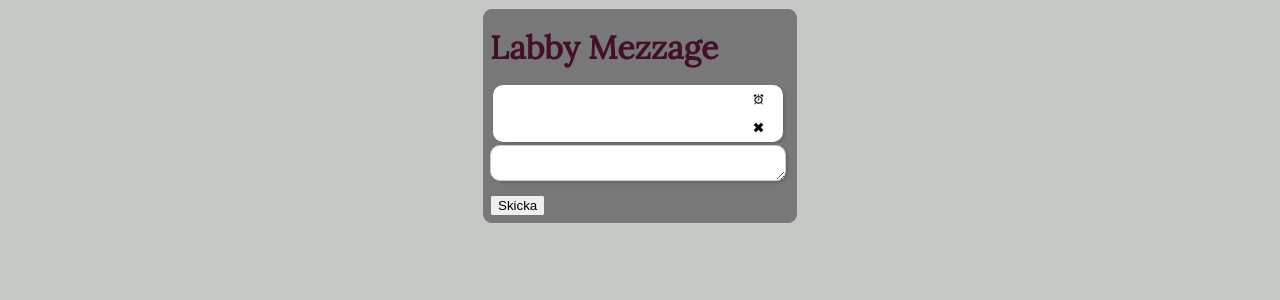
Repository: Angamanga/1dv403-laborationer
Page: 2-labbymezzage/index.html
The author's editor kept a record of every edit. The page is drawn from the files as they stood at one moment, then again after the next edit.
The browser window is 1280 px wide. The pictures show the whole page.

Above is the page before.

### 2-labbymezzage/index.html
<!doctype html>
<html lang="sv">

<head>
    <meta charset="utf-8" />
    <title>Anna I:s sajt</title>
    <link href='//fonts.googleapis.com/css?family=Lora|Open+Sans+Condensed:300|Amatic+SC' rel='stylesheet' type='text/css'>
    <link rel="stylesheet" media="screen and (min-width:501px)" href="css/style.css">
    <link rel="stylesheet" media="screen and (max-width:500px)" href="css/mobile.css">
    <meta name="viewport" content="width=device-width, minimum-scale=1">

   <script src="js/message.js"></script>
    <script src="js/script.js"></script>
    <title>Webbteknik 1, Laboration 2</title>
</head>

<body>



        <main>


            <div class="container">
                <header>
            <h1>Labby Mezzage</h1>
        </header>
             <div class ="messages">
                <img src="pics/14.png" alt="tid" class="showDate"></img>
                <img src="pics/12.png" alt="radera meddelande" class="delete"></img>
             </div>
             <div><p class="counter"> </p></div>
           <textarea class="messageInput"></textarea>
           <input type ="submit" class="submitMessage" value="Skicka"/>
            </div>

        </main>

        <footer>
        </footer>
    </div>
</body>

</html>

### 2-labbymezzage/css/style.css
/*@media screen and (min-width: 501px)*/
header,
main
 {
    display: block;
}

body {
    background: #C6C8C5;
    color: #430F29;
    font-family: Lora, 'Palatino Linotype', Palatino, serif;
}

.container {
    Width: 300px;
    margin: 0 auto;
    text-align: justify;
    line-height: 1.8em;
    margin: 0 auto;
    background: #787878;
    border: 1px solid #ccc;
    -moz-border-radius: 10px;
    -webkit-border-radius: 10px;
    border-radius: 10px;
    padding: 4px 7px;
    outline: 0;
    -webkit-appearance: none;
}
.messageInput {
    width:290px;
    border: 1px solid #ccc;
    -moz-border-radius: 10px;
    -webkit-border-radius: 10px;
    border-radius: 10px;
    -moz-box-shadow: 2px 2px 3px #666;
    -webkit-box-shadow: 2px 2px 3px #666;
    box-shadow: 2px 2px 3px #666;


    outline: 0;
    -webkit-appearance: none;
}
.messageInput:focus {
    border-color: #339933;
}
.messages{
    width:290px;
     border: 1px #C6C8C5;
     background:white;
    -moz-border-radius: 10px;
    -webkit-border-radius: 10px;
    border-radius: 10px;
    -moz-box-shadow: 2px 2px 3px #666;
    -webkit-box-shadow: 2px 2px 3px #666;
     margin:3px;
    outline: 0;
    -webkit-appearance: none;
       }
 div.messages img{
   margin-left:260px;
}


.counter{
    font-size:0.7em;
    padding:0;
    margin:0 0 0 185px;

}

### 2-labbymezzage/js/message.js
"use strict";

function Message(message, date){

	this.getText = function(){
		return message;
	}
	this.setText = function(_text){
		message = _text;
	}

	this.getDate = function(){
		return date;
	}
	this.setDate = function(_date){
		date = _date
	}
}

Message.prototype.toString = function() {
	return this.getText() + " (" + this.getDate() + " )";
};

Message.prototype.getHTMLtext = function(first_argument) {
			//  Las pa!!
	// return  						<div class ="messages">
	// getText();
	//               <img src="pics/14.png" alt="tid" class="showDate"></img>
 //               <img src="pics/12.png" alt="radera meddelande" class="delete"></img>
 //       		  </div>
};

### 2-labbymezzage/js/script.js
"use strict";

window.onload = function() {
  var MessageBoard = {
        messages: [],
        init: function() {
            var message = new Message();
            },
        removeMessage: function(i){
                    MessageBoard.messages.splice(i,1)
            },
        alertDate: function(i){
            var p =
            alert(p);
        },
        renderMessage: function(messageID){
            var container = document.querySelector(".container");
            var messContainer = document.createElement("div");
            messContainer.className = "messages";
            container.insertBefore(messContainer);
            var textP = document.createElement("p");
            textP.setAttribute("class","text");
            var timeP = document.createElement("p");
            timeP.setAttribute("class","time");
            var text = document.createTextNode(MessageBoard.messages[messageID].getText());
            var time = document.createTextNode(MessageBoard.messages[messageID].getDate().getHours() +":"+ MessageBoard.messages[messageID].getDate().getMinutes() + ":"+MessageBoard.messages[messageID].getDate().getSeconds());
            var linkDelete=document.createElement("a");
            linkDelete.setAttribute("src", "#");
            var img2 = document.createElement("img");
            img2.setAttribute("class","submitDelete");
            img2.setAttribute("src","pics/12.png");
            img2.setAttribute("alt","radera meddelande");
            linkDelete.appendChild(img2);
             messContainer.appendChild(linkDelete);
            img2.onclick = function(messageID){
                console.log(MessageBoard.messages.length);
                MessageBoard.removeMessage(messageID);
                MessageBoard.renderMessages();
                console.log(MessageBoard.messages.length);
                p.innerHTML = "Antal meddelanden: " + MessageBoard.messages.length;
            }
            messContainer.appendChild(img2);
            messContainer.appendChild(textP);
            textP.appendChild(text);
            messContainer.appendChild(timeP);
            timeP.appendChild(time);

             var img1 = document.createElement("img");
            img1.setAttribute("class","showDate");
            img1.setAttribute("src","pics/14.png");
            img1.setAttribute("alt","visa tid");
            messContainer.appendChild(img1);
            var alertbox=MessageBoard.messages[messageID].getDate();
            img1.onclick = function(messageID){
            alert("Inlagget skapades den: " + alertbox);
        }}
            ,
            renderMessages: function(){
            document.querySelector(".container").innerHTML="";
            for(var i=0;i<MessageBoard.messages.length;++i){
                MessageBoard.renderMessage(i);
            }
  }};

  MessageBoard.init();


var messageInput = document.querySelector(".messageInput");
var submitMessage = document.querySelector(".submitMessage");
var messages = document.querySelector(".messages");
var p = document.querySelector(".counter");

function submit(){
        var txt = messageInput.value;
        var dte = new Date();
        var msg = new Message(txt, dte);
        MessageBoard.messages.push(msg);
        p.innerHTML = "Antal meddelanden: " + MessageBoard.messages.length;
        MessageBoard.renderMessages();
        console.log(MessageBoard.messages);}

 submitMessage.addEventListener("click", function(e) {
       submit();
});

 messageInput.onkeypress = function(e){

       if(e.keyCode === 13){
           submit();

       }
       else if(e.keyCode==13&&e.shiftKey){
           console.log("japp");
       }
}
};

### 2-labbymezzage/css/mobile.css
/*@media screen and (max-width: 500px)*/

header,
main
 {
    display: block;
}

body {
    background: #C6C8C5;
    color: #430F29;
    font-family: Lora, 'Palatino Linotype', Palatino, serif;
}

.container {
    Width: 300px;
    margin: 0 auto;
    text-align: justify;
    line-height: 1.8em;
    margin: 0 auto;
    background: #787878;
    border: 1px solid #ccc;
    -moz-border-radius: 10px;
    -webkit-border-radius: 10px;
    border-radius: 10px;
    padding: 4px 7px;
    outline: 0;
    -webkit-appearance: none;
}
.messageInput {
    width:290px;
    border: 1px solid #ccc;
    -moz-border-radius: 10px;
    -webkit-border-radius: 10px;
    border-radius: 10px;
    -moz-box-shadow: 2px 2px 3px #666;
    -webkit-box-shadow: 2px 2px 3px #666;
    box-shadow: 2px 2px 3px #666;


    outline: 0;
    -webkit-appearance: none;
}
.messageInput:focus {
    border-color: #339933;
}
.messages{
    width:290px;
     border: 1px #C6C8C5;
     background:white;
    -moz-border-radius: 10px;
    -webkit-border-radius: 10px;
    border-radius: 10px;
    -moz-box-shadow: 2px 2px 3px #666;
    -webkit-box-shadow: 2px 2px 3px #666;
     margin:3px;
    outline: 0;
    -webkit-appearance: none;
    }
 div.messages img{
   margin-left:260px;
}


.counter{
    font-size:0.7em;
    padding:0;
    margin:0 0 0 185px;

}

After the next edit:
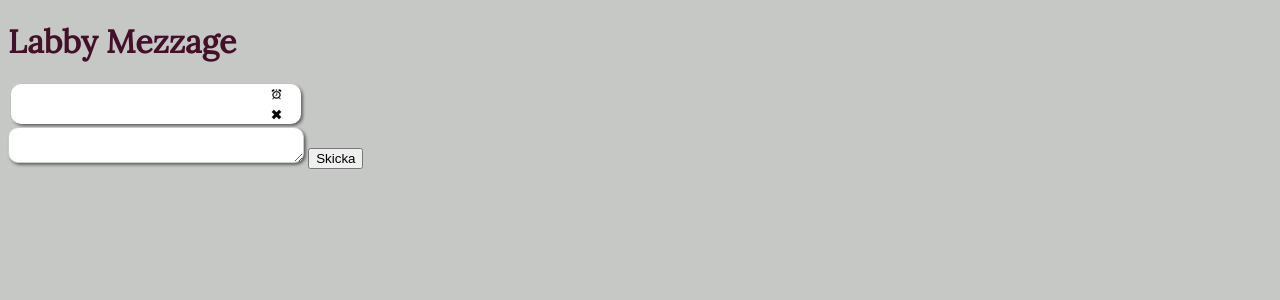
The edit:
--- a/2-labbymezzage/css/style.css
+++ b/2-labbymezzage/css/style.css
@@ -11,7 +11,7 @@
     font-family: Lora, 'Palatino Linotype', Palatino, serif;
 }
 
-.container {
+.board {
     Width: 300px;
     margin: 0 auto;
     text-align: justify;
